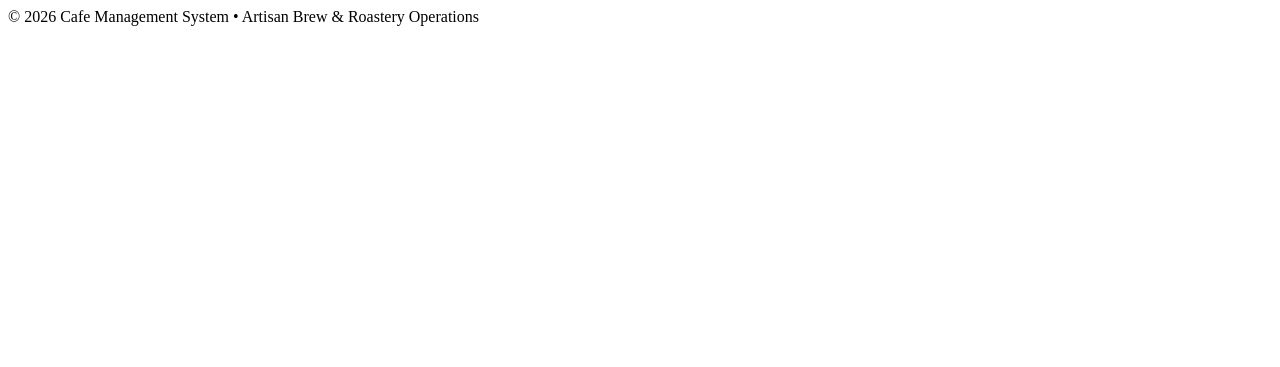
Repository: KaungSH/Caf-Project-Servlet-Version
Page: http://localhost/Café_Servlet/includes/navbar.jsp
The author's editor kept a copy of each file at every save. The page is drawn from the files as they stood at one save, then again after the next save.
The browser window is 1280 px wide. The pictures show the whole page.
The page is served by Tomcat 10. Nobody is signed in. The application's start-up code is not run.

Above is the page before, as saved 2026-10-22 06:36:52.

After the next save:
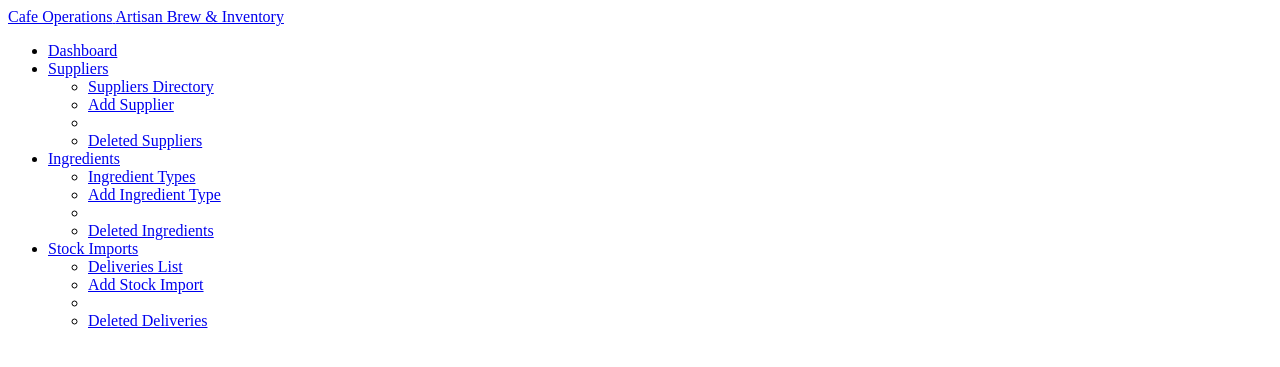
Saved 25 s later.
--- a/Café Servlet/src/main/webapp/includes/navbar.jsp
+++ b/Café Servlet/src/main/webapp/includes/navbar.jsp
@@ -1,8 +1,92 @@
 <%@ page language="java" contentType="text/html; charset=UTF-8"
 	pageEncoding="UTF-8"%>
-<footer class="cafe-footer">
-	<div class="container-fluid text-center">
-		<span>&copy; 2026 Cafe Management System &bull; Artisan Brew
-			&amp; Roastery Operations</span>
+<%
+String activeNav = request.getParameter("activeNav");
+if (activeNav == null) {
+	activeNav = "";
+}
+String ctx = request.getContextPath();
+%>
+<header class="cafe-navbar">
+	<div class="navbar-container">
+		<a href="<%=ctx%>/home.jsp" class="cafe-brand">
+			<div class="cafe-brand-icon">
+				<i class="bi bi-cup-hot-fill"></i>
+			</div>
+			<div class="cafe-brand-text">
+				<span class="cafe-brand-title">Cafe Operations</span> <span
+					class="cafe-brand-subtitle">Artisan Brew &amp; Inventory</span>
+			</div>
+		</a>
+
+		<nav aria-label="Main Navigation">
+			<ul class="cafe-nav-links">
+				<li><a href="<%=ctx%>/home.jsp"
+					class="cafe-nav-link <%="dashboard".equals(activeNav) ? "active" : ""%>">
+						<i class="bi bi-grid-fill"></i>Dashboard
+				</a></li>
+
+				<li class="cafe-nav-item"><a href="<%=ctx%>/suppliers"
+					class="cafe-nav-link <%="suppliers".equals(activeNav) ? "active" : ""%>">
+						<i class="bi bi-truck"></i>Suppliers <i class="bi bi-chevron-down"
+						style="font-size: 11px;"></i>
+				</a>
+					<ul class="cafe-nav-dropdown-menu">
+						<li><a href="<%=ctx%>/suppliers" class="cafe-dropdown-item">
+								<i class="bi bi-list-ul"></i>Suppliers Directory
+						</a></li>
+						<li><a href="<%=ctx%>/suppliers?action=add"
+							class="cafe-dropdown-item"> <i class="bi bi-plus-circle"></i>Add
+								Supplier
+						</a></li>
+						<li class="cafe-dropdown-divider"></li>
+						<li><a href="<%=ctx%>/suppliers?action=deleted"
+							class="cafe-dropdown-item"> <i class="bi bi-trash3"></i>Deleted
+								Suppliers
+						</a></li>
+					</ul></li>
+
+				<li class="cafe-nav-item"><a href="<%=ctx%>/ingredientTypes"
+					class="cafe-nav-link <%="ingredients".equals(activeNav) ? "active" : ""%>">
+						<i class="bi bi-droplet-half"></i>Ingredients <i
+						class="bi bi-chevron-down" style="font-size: 11px;"></i>
+				</a>
+					<ul class="cafe-nav-dropdown-menu">
+						<li><a href="<%=ctx%>/ingredientTypes"
+							class="cafe-dropdown-item"> <i class="bi bi-list-ul"></i>Ingredient
+								Types
+						</a></li>
+						<li><a href="<%=ctx%>/ingredientTypes?action=add"
+							class="cafe-dropdown-item"> <i class="bi bi-plus-circle"></i>Add
+								Ingredient Type
+						</a></li>
+						<li class="cafe-dropdown-divider"></li>
+						<li><a href="<%=ctx%>/ingredientTypes?action=deleted"
+							class="cafe-dropdown-item"> <i class="bi bi-trash3"></i>Deleted
+								Ingredients
+						</a></li>
+					</ul></li>
+
+				<li class="cafe-nav-item"><a href="<%=ctx%>/stockimport"
+					class="cafe-nav-link <%="stockImports".equals(activeNav) ? "active" : ""%>">
+						<i class="bi bi-box-seam-fill"></i>Stock Imports <i
+						class="bi bi-chevron-down" style="font-size: 11px;"></i>
+				</a>
+					<ul class="cafe-nav-dropdown-menu">
+						<li><a href="<%=ctx%>/stockimport" class="cafe-dropdown-item">
+								<i class="bi bi-list-ul"></i>Deliveries List
+						</a></li>
+						<li><a href="<%=ctx%>/stockimport?action=add"
+							class="cafe-dropdown-item"> <i class="bi bi-plus-circle"></i>Add
+								Stock Import
+						</a></li>
+						<li class="cafe-dropdown-divider"></li>
+						<li><a href="<%=ctx%>/stockimport?action=deleted"
+							class="cafe-dropdown-item"> <i class="bi bi-trash3"></i>Deleted
+								Deliveries
+						</a></li>
+					</ul></li>
+			</ul>
+		</nav>
 	</div>
-</footer>
+</header>
